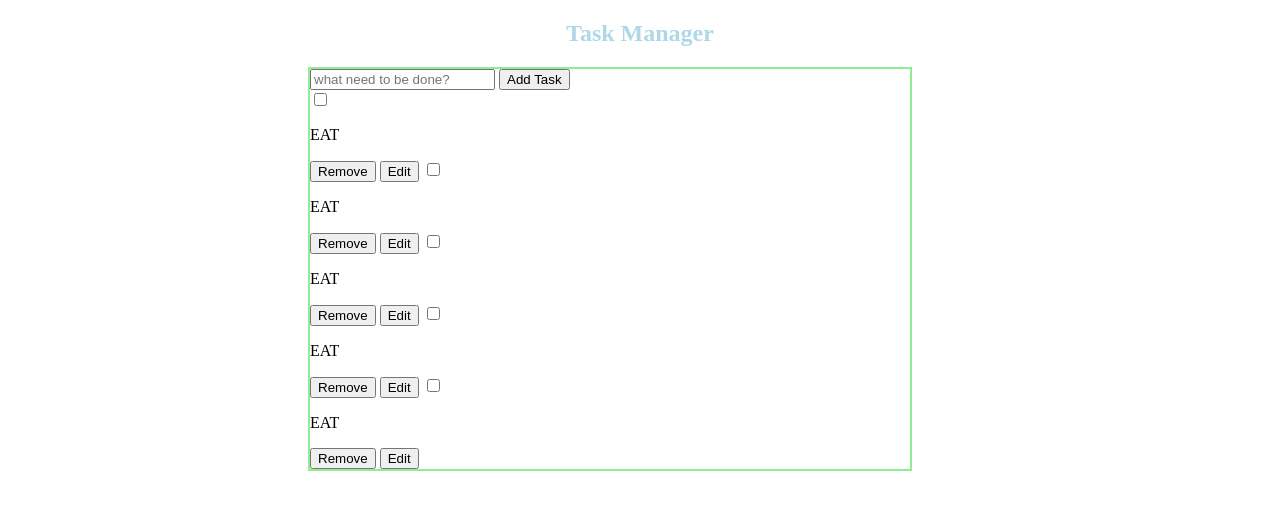
Repository: sristigupta04/basic-js-project
Page: todo app/title.html
An editor plug-in stored every save of this project. The page is shown before and after the next save, followed by the edit.
The browser window is 1280 px wide. The pictures show the whole page.

Above is the page before, as saved 2025-10-28 18:55:48.

### todo app/title.html
<!DOCTYPE html>
<html lang="en">
<head>
    <meta charset="UTF-8">
    <meta name="viewport" content="width=device-width, initial-scale=1.0">
    <title>Todo App</title>
    <link rel="stylesheet" href="title.css"/>
</head>
<body>
    <h2> Task Manager</h2>
    <div class="contain">
        <input type="text" placeholder="what need to be done?"></input>
        <button>Add Task</button>

        <div class="row">
            <input type="checkbox"><p> EAT</p> <button>Remove</button> <button>Edit</button>
            <input type="checkbox"><p> EAT</p> <button>Remove</button> <button>Edit</button>
             <input type="checkbox"><p> EAT</p> <button>Remove</button> <button>Edit</button>
              <input type="checkbox"><p> EAT</p> <button>Remove</button> <button>Edit</button>
               <input type="checkbox"><p> EAT</p> <button>Remove</button> <button>Edit</button>
        </div>
    </div>
</body>
</html>

### todo app/title.css
.body{

    text-align: center;
    font-family: 'Trebuchet MS', 'Lucida Sans Unicode', 'Lucida Grande', 'Lucida Sans', Arial, sans-serif;
    margin:0;
    padding: 0;
}

h2{
color:lightblue;
margin-top: 20px;
justify-content: center;
display: flex;
}
.contain{
 border: 2px solid lightgreen;
 width:600px;
 height: auto;
 margin-left: 300px;
 ;
}

After the next save:
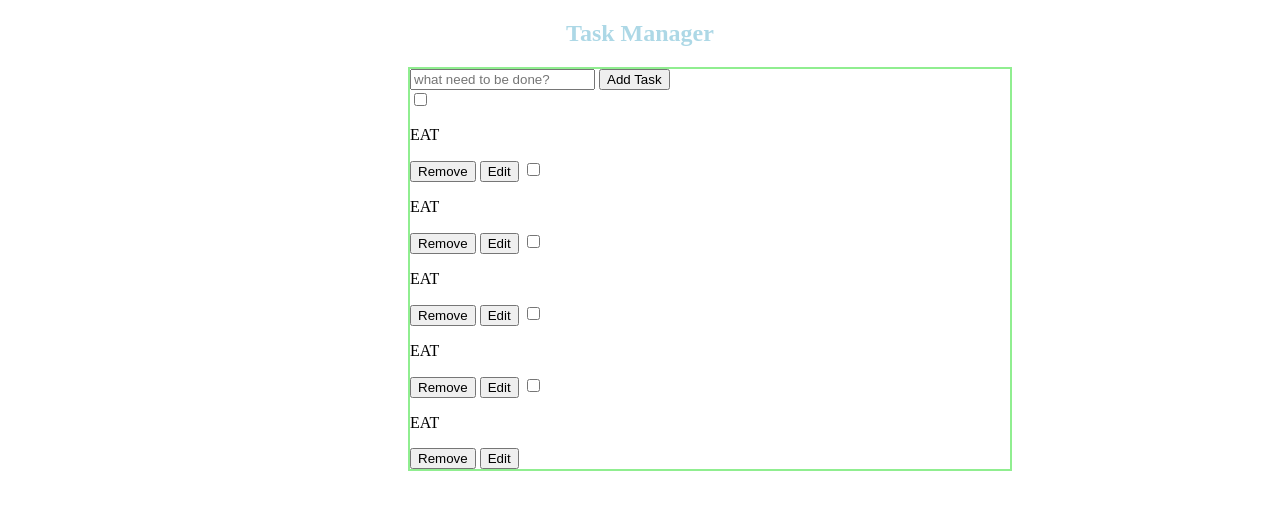
Saved 12 s later.
--- a/todo app/title.css
+++ b/todo app/title.css
@@ -16,6 +16,6 @@ display: flex;
  border: 2px solid lightgreen;
  width:600px;
  height: auto;
- margin-left: 300px;
+ margin-left: 400px;
  ;
 }
